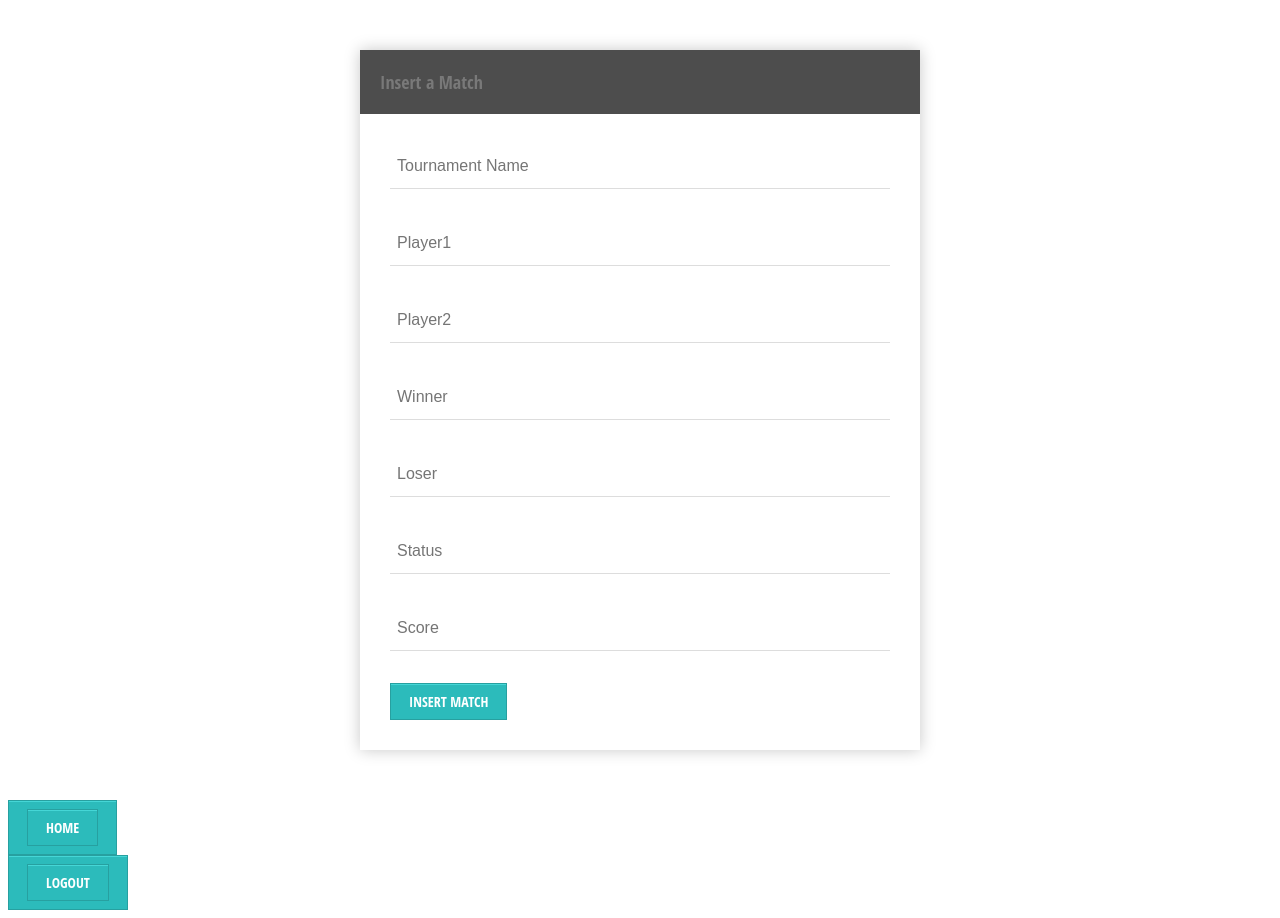
Repository: prm2711/javaapps
Page: http://localhost/Tournament/insertmatch.jsp
These files come from the project's save history. The page is drawn as it stood at one moment and after the next save; the edit follows.
The browser window is 1280 px wide. The pictures show the whole page.
The page is served by Tomcat 9. Nobody is signed in. The application's start-up code is not run. Other server files are loaded and not shown.

Above is the page before, as saved 2018-01-23 06:36:28.

### eclipse-workspace/Tournament/WebContent/insertmatch.jsp
<%@ page language="java" contentType="text/html; charset=ISO-8859-1"
	pageEncoding="ISO-8859-1"%>
<!DOCTYPE html PUBLIC "-//W3C//DTD HTML 4.01 Transitional//EN" "http://www.w3.org/TR/html4/loose.dtd">
<html>
<head>
<meta http-equiv="Content-Type" content="text/html; charset=ISO-8859-1">
<title>Insert Match</title>
<link rel="stylesheet" type="text/css" href="css/insertpage.css">

</head>
<body>
	<form method="post" action="InsertMatchServlet" class="insert-form">
	<h2>Insert a Match</h2>
		<input type="text" name="tourname" placeholder="Tournament Name" /><br>
		<input type="text" name="player1" placeholder="Player1" /><br>
		<input type="text" name="player2" placeholder="Player2" /><br>
		<input type="text" name="winner" placeholder="Winner" /><br> <input
			type="text" name="loser" placeholder="Loser" /><br> <input
			type="text" name="status" placeholder="Status" /><br> <input
			type="text" name="score" placeholder="Score" /><br> <input
			class="submitButton" type="submit" value="Insert Match">
	</form>
	<form method="post" action="home.jsp" class="submitButton">
		<input class="submitButton" type="submit" value="Home">
	</form><br>
	<form method="post" action="LogoutServlet" class="submitButton">
		<input class="submitButton" type="submit" value="Logout">
	</form>
</body>
</html>

### eclipse-workspace/Tournament/WebContent/css/insertpage.css
@charset "ISO-8859-1";
.insert-form {
    font-family: 'Open Sans Condensed', arial, sans;
    width: 500px;
    padding: 30px;
    background: #FFFFFF;
    margin: 50px auto;
    box-shadow: 0px 0px 15px rgba(0, 0, 0, 0.22);
}

.insert-form h2 {
    background: #4D4D4D;
    font-family: 'Open Sans Condensed', sans-serif;
    color: #797979;
    font-size: 18px;
    font-weight: 100;
    padding: 20px;
    margin: -30px -30px 30px -30px;
}

.insert-form input[type="text"] {
    box-sizing: border-box;
    outline: none;
    display: block;
    width: 100%;
    padding: 7px;
    border: none;
    border-bottom: 1px solid #ddd;
    background: transparent;
    margin-bottom: 10px;
    font: 16px Arial, Helvetica, sans-serif;
    height: 45px;
}

.submitButton {
    box-shadow: inset 0px 1px 0px 0px #45D6D6;
    background-color: #2CBBBB;
    border: 1px solid #27A0A0;
    display: inline-block;
    cursor: pointer;
    color: #FFFFFF;
    font-family: 'Open Sans Condensed', sans-serif;
    font-size: 14px;
    padding: 8px 18px;
    text-decoration: none;
    text-transform: uppercase;
    margin: 0 auto;
}

.submitButton:hover {
    background:linear-gradient(to bottom, #34CACA 5%, #30C9C9 100%);
    background-color:#34CACA;
}

After the next save:
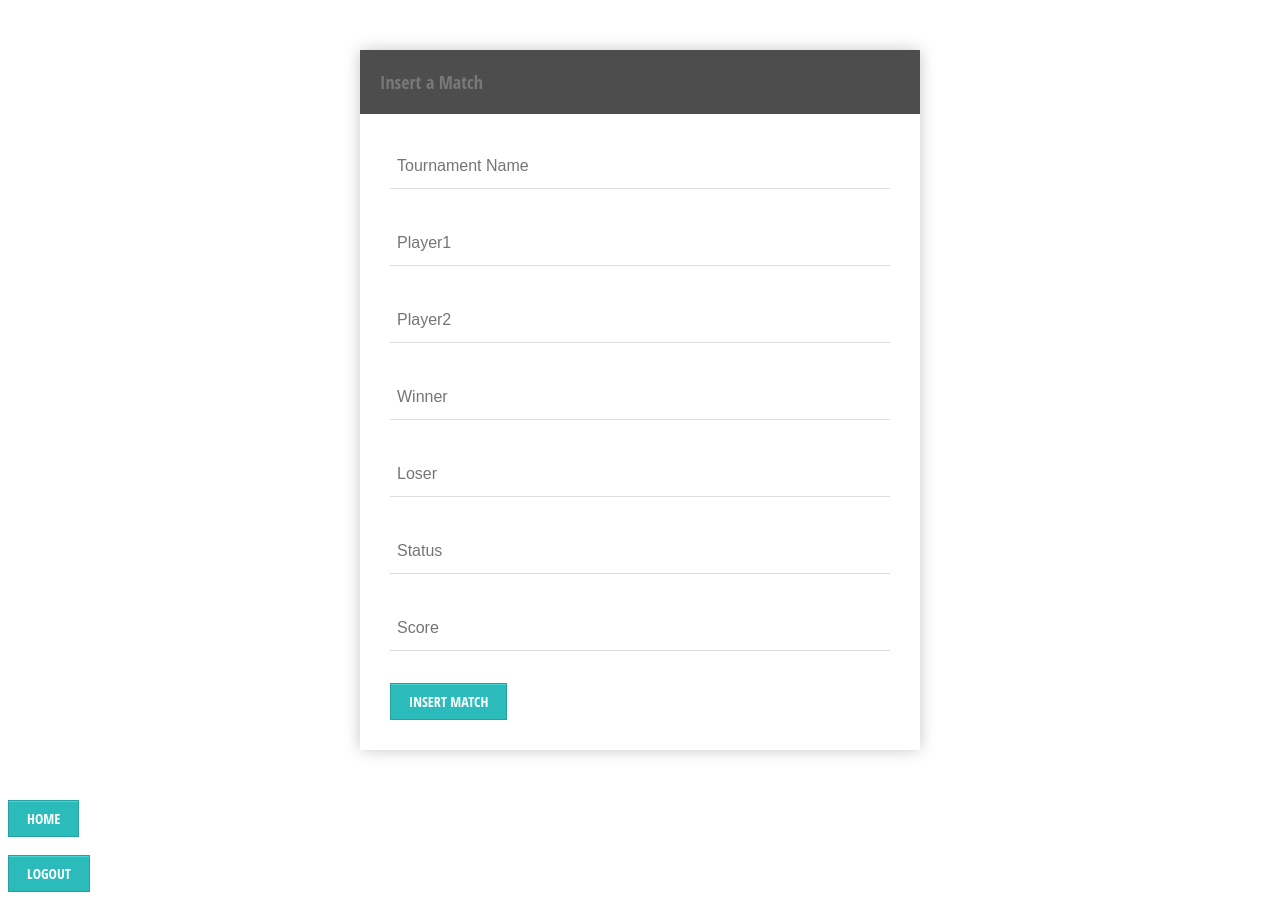
Saved 64 s later.
--- a/eclipse-workspace/Tournament/WebContent/insertmatch.jsp
+++ b/eclipse-workspace/Tournament/WebContent/insertmatch.jsp
@@ -20,10 +20,10 @@
 			type="text" name="score" placeholder="Score" /><br> <input
 			class="submitButton" type="submit" value="Insert Match">
 	</form>
-	<form method="post" action="home.jsp" class="submitButton">
+	<form method="post" action="home.jsp" class="homeButton">
 		<input class="submitButton" type="submit" value="Home">
 	</form><br>
-	<form method="post" action="LogoutServlet" class="submitButton">
+	<form method="post" action="LogoutServlet" class="logoutButton">
 		<input class="submitButton" type="submit" value="Logout">
 	</form>
 </body>

After the save that followed:
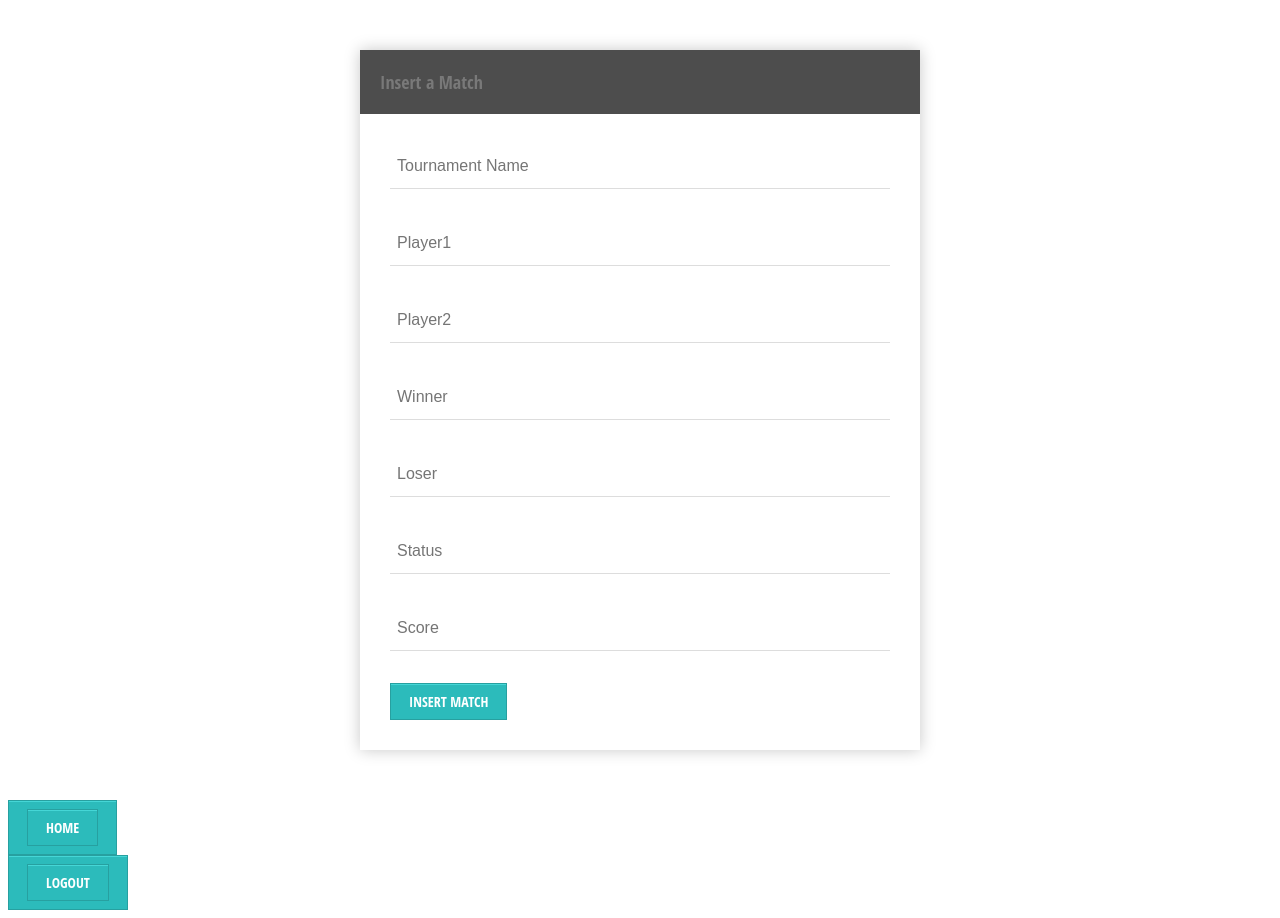
Saved 17 s later.
--- a/eclipse-workspace/Tournament/WebContent/css/insertpage.css
+++ b/eclipse-workspace/Tournament/WebContent/css/insertpage.css
@@ -32,7 +32,7 @@
     height: 45px;
 }
 
-.submitButton {
+.submitButton,.homeButton,.logoutButton {
     box-shadow: inset 0px 1px 0px 0px #45D6D6;
     background-color: #2CBBBB;
     border: 1px solid #27A0A0;
